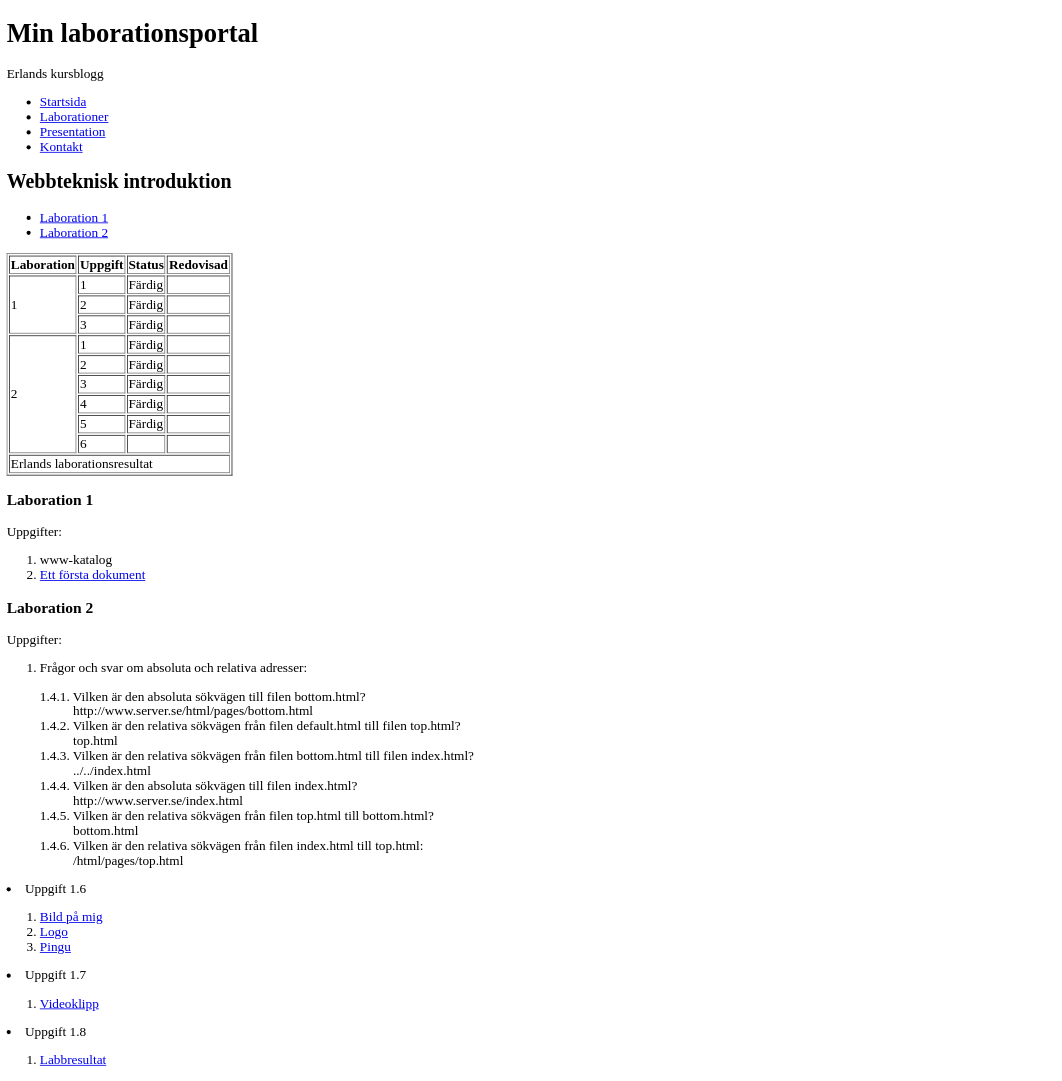
Repository: ej222ru/1IK415-laborationer
Page: pages/laborationer.html
The author's editor kept a record of every edit. The page is drawn from the files as they stood at one moment, then again after the next edit.
The browser window is 1280 px wide. The pictures show the whole page, at 83% of full size.

Above is the page before.

### pages/laborationer.html
<!doctype html>
<html lang="sv">
    <head>
        <meta charset="utf-8" />
        <title>Erlands kursblogg</title>
    </head>
    <body>
    <h1>Min laborationsportal</h1>

    <p>Erlands kursblogg</p>
        <ul>
            <li><a href="../index.html">Startsida</a></li>
            <li><a href="laborationer.html">Laborationer</a></li>
            <li><a href="presentation.html">Presentation</a></li>
            <li><a href="kontakt.html">Kontakt</a></li>
        </ul>
        <h2>Webbteknisk introduktion</h2>
        <ul>
            <li><a href="#Laboration1">Laboration 1</a></li>
            <li><a href="#Laboration2">Laboration 2</a></li>
        </ul>
        <table border=1 id="Labbresultat">
            <thead>
                <tr>
                   <th>Laboration</th>
                   <th>Uppgift</th>
                   <th>Status</th>
                   <th>Redovisad</th>
                </tr>
            </thead>
            <tfoot>
                <tr>
                    <td colspan=4>Erlands laborationsresultat</td>
                </tr>
            </tfoot>
            <tbody>
                <tr>
                    <td rowspan=3>1</td>
                    <td>1</td>
                    <td>Färdig</td>
                    <td></td>
                </tr>
                <tr>
                    <td>2</td>
                    <td>Färdig</td>
                    <td></td>
                </tr>
                <tr>
                    <td>3</td>
                    <td>Färdig</td>
                    <td></td>
                </tr>
                <tr>
                    <td rowspan=6>2</td></td>
                    <td>1</td>
                    <td>Färdig</td>
                    <td></td>
                </tr>
                <tr>
                    <td>2</td>
                    <td>Färdig</td>
                    <td></td>
                </tr>
                <tr>
                    <td>3</td>
                    <td>Färdig</td>
                    <td></td>
                </tr>
                <tr>
                    <td>4</td>
                    <td>Färdig</td>
                    <td></td>
                </tr>
                <tr>
                    <td>5</td>
                    <td>Färdig</td>
                    <td></td>
                </tr>
                <tr>
                    <td>6</td>
                    <td></td>
                    <td></td>
                </tr>
            </tbody>
        </table>
        <h3>Laboration 1 <a id="Laboration1"></a></h3>
        <p>Uppgifter:</p>
        <ol>
            <li>www-katalog</li>
            <li><a href="presentation.html">Ett första dokument</a></li>
        </ol>
        <h3>Laboration 2 <a id="Laboration2"></a></h3>
        <p>Uppgifter:</p>
        <ol>
            <li>Frågor och svar om absoluta och relativa adresser:
                <dl>
                <dt>1.4.1. Vilken är den absoluta sökvägen till filen bottom.html? </dt>
                <dd>http://www.server.se/html/pages/bottom.html</dd>
                <dt>1.4.2. Vilken är den relativa sökvägen från filen default.html till filen top.html? </dt>
                <dd>top.html</dd>
                <dt>1.4.3. Vilken är den relativa sökvägen från filen bottom.html till filen index.html? </dt>
                <dd>../../index.html</dd>
                <dt>1.4.4. Vilken är den absoluta sökvägen till filen index.html? </dt>
                <dd>http://www.server.se/index.html</dd>
                <dt>1.4.5. Vilken är den relativa sökvägen från filen top.html till bottom.html? </dt>
                <dd>bottom.html</dd>
                <dt>1.4.6. Vilken är den relativa sökvägen från filen index.html till top.html:</dt>
                <dd>/html/pages/top.html</dd>
                </dl>
            </li>
        </ol>
        <li>Uppgift 1.6
            <ol>
                <li><a href="presentation.html#BildMig">Bild på mig</a></li>
                <li><a href="../pics/ErlandLogo.png">Logo</a></li>
                <li><a href="../index.html#BildPingu">Pingu</a></li>
            </ol>
        </li>
        <li>Uppgift 1.7
            <ol>
                <li><a href="../index.html#Videoklipp">Videoklipp</a>
                </li>
            </ol>
        </li>
        <li>Uppgift 1.8
            <ol>
                <li><a href="#Labbresultat">Labbresultat</a>
                </li>
            </ol>
        </li>
      </body>
</html>

After the next edit:
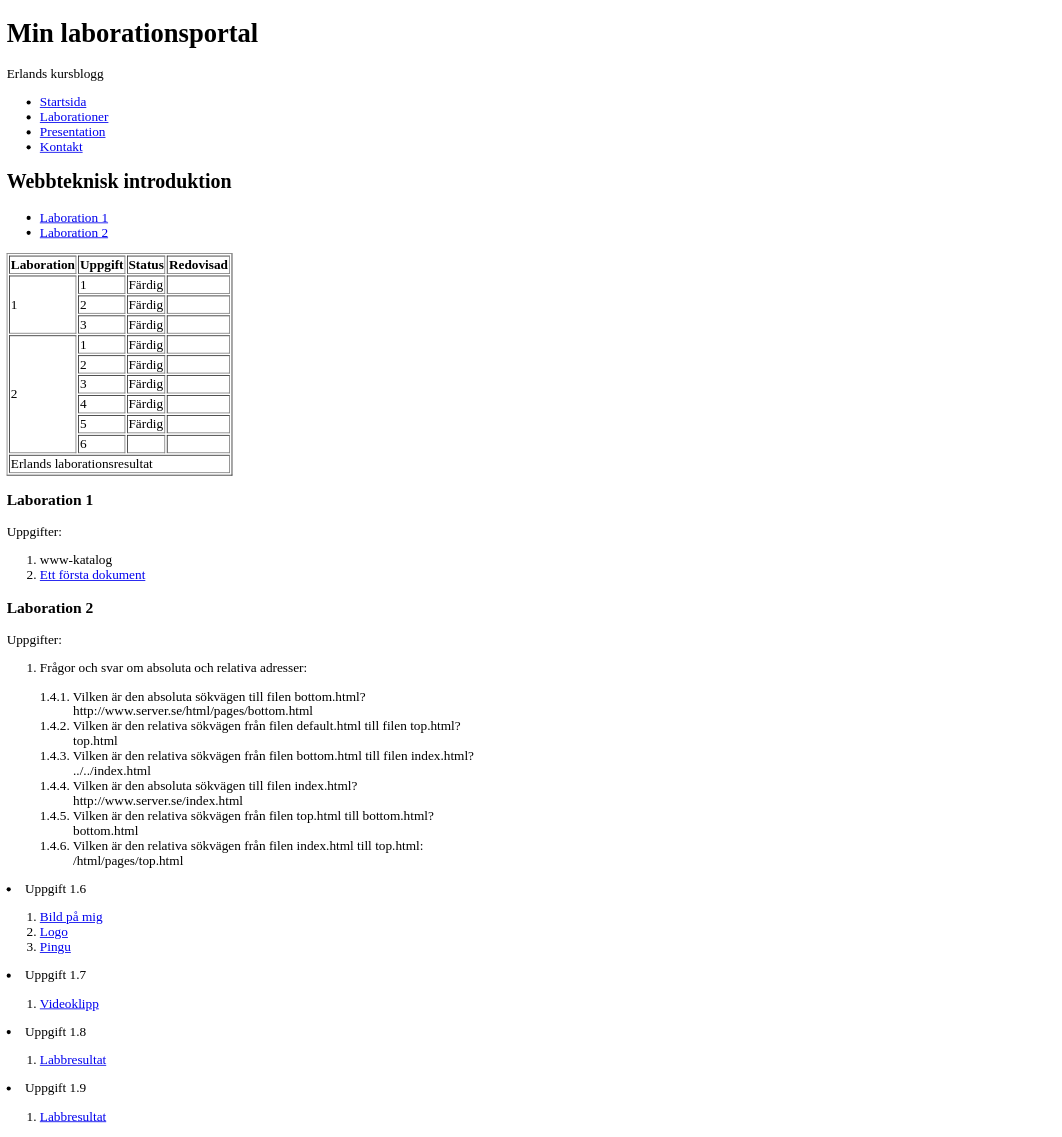
The edit:
--- a/pages/laborationer.html
+++ b/pages/laborationer.html
@@ -128,5 +128,11 @@
                 </li>
             </ol>
         </li>
+        <li>Uppgift 1.9
+            <ol>
+                <li><a href="#Labbresultat">Labbresultat</a>
+                </li>
+            </ol>
+        </li>
       </body>
 </html>
